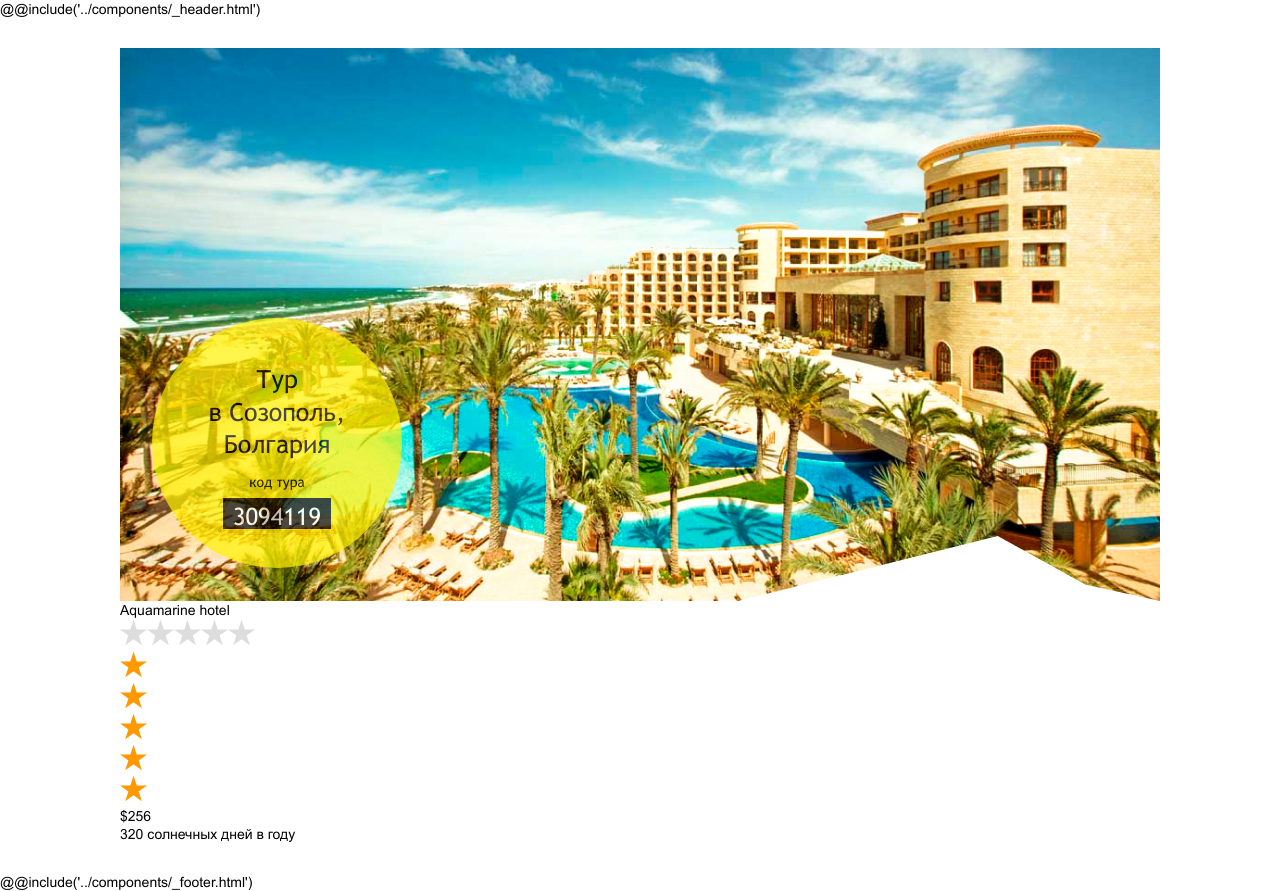
Repository: chekhunov/suntour
Page: app/html/pages/index.html
The author's editor kept a copy of each file at every save. The page is drawn from the files as they stood at one save, then again after the next save.
The browser window is 1280 px wide. The pictures show the whole page.
Some web fonts or font styles are not loaded; a fallback is used. The style sheet was rebuilt from its Sass, Less or Tailwind sources for each picture, by a compiler version that may differ from the author's.

Above is the page before, as saved 2021-03-04 13:46:58.

After the next save:
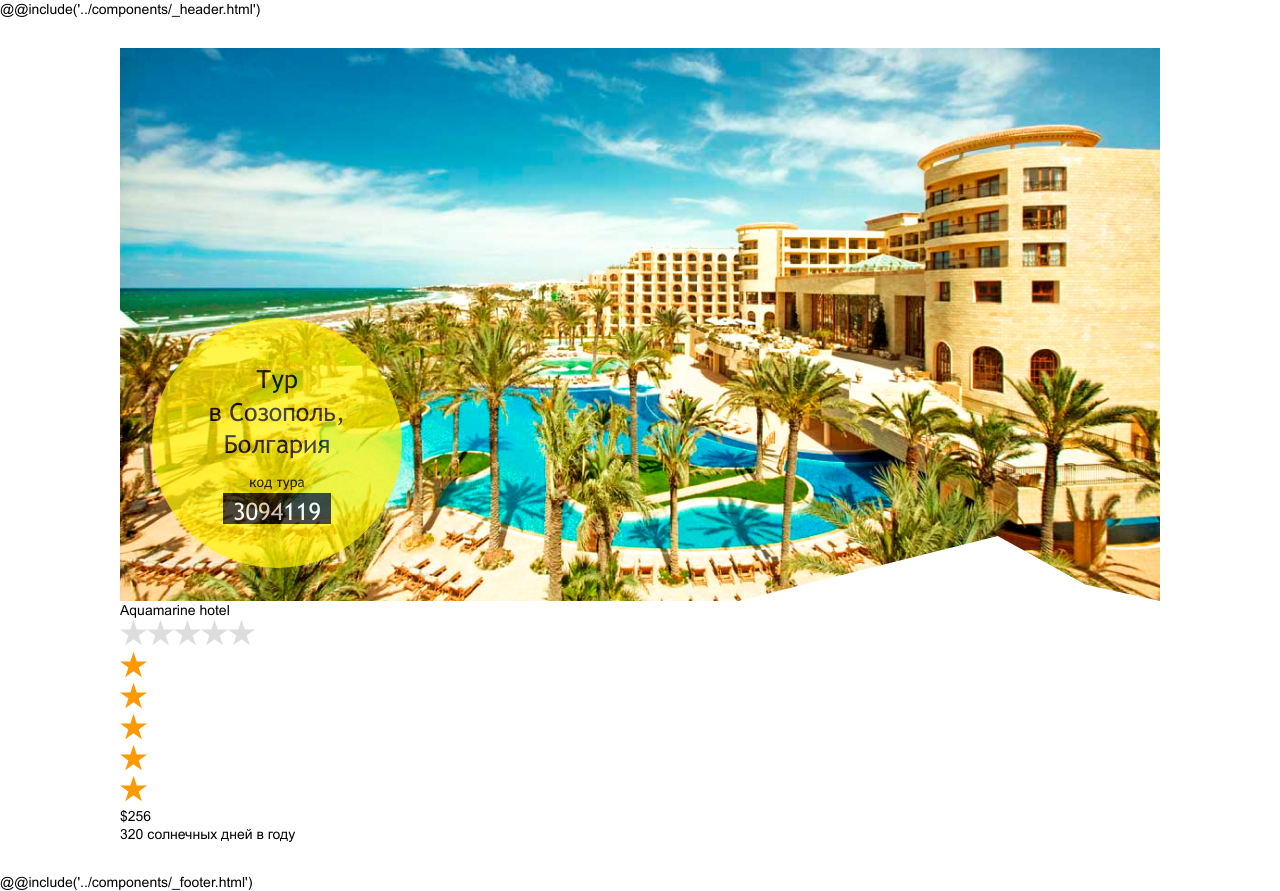
Saved 7 s later.
--- a/app/scss/components/_card-hotel.scss
+++ b/app/scss/components/_card-hotel.scss
@@ -48,7 +48,7 @@
   }
 
   &__label {
-    margin-bottom: 5px;
+    // margin-bottom: 5px;
   }
 
   &__code {

After the save that followed:
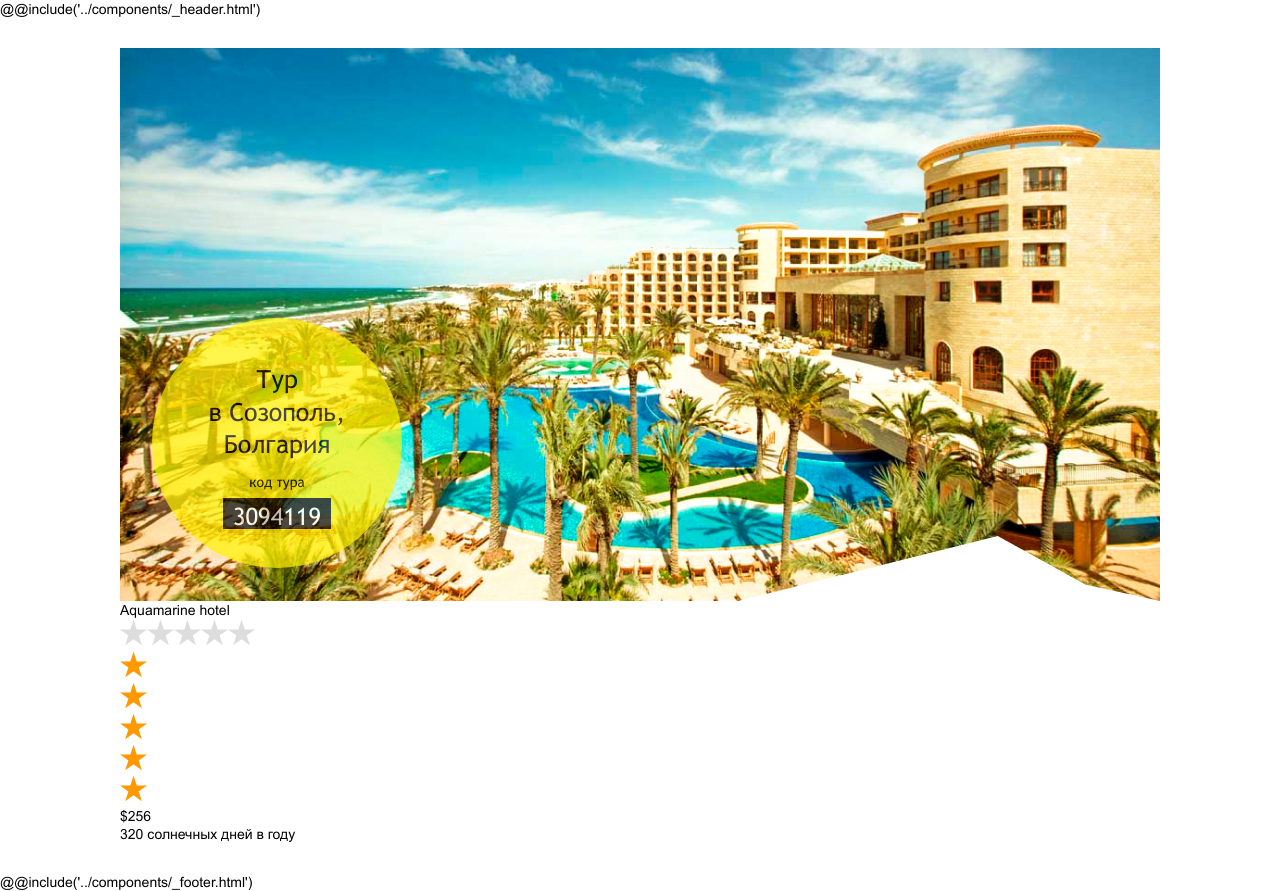
Saved 73 s later.
--- a/app/scss/components/_card-hotel.scss
+++ b/app/scss/components/_card-hotel.scss
@@ -48,13 +48,15 @@
   }
 
   &__label {
-    // margin-bottom: 5px;
+    margin-bottom: 5px;
   }
 
   &__code {
     width: 108px;
     height: 31px;
     font-size: 24px;
+    text-align: center;
+    vertical-align: center;
     background-color: black;
     color: white;
   }
